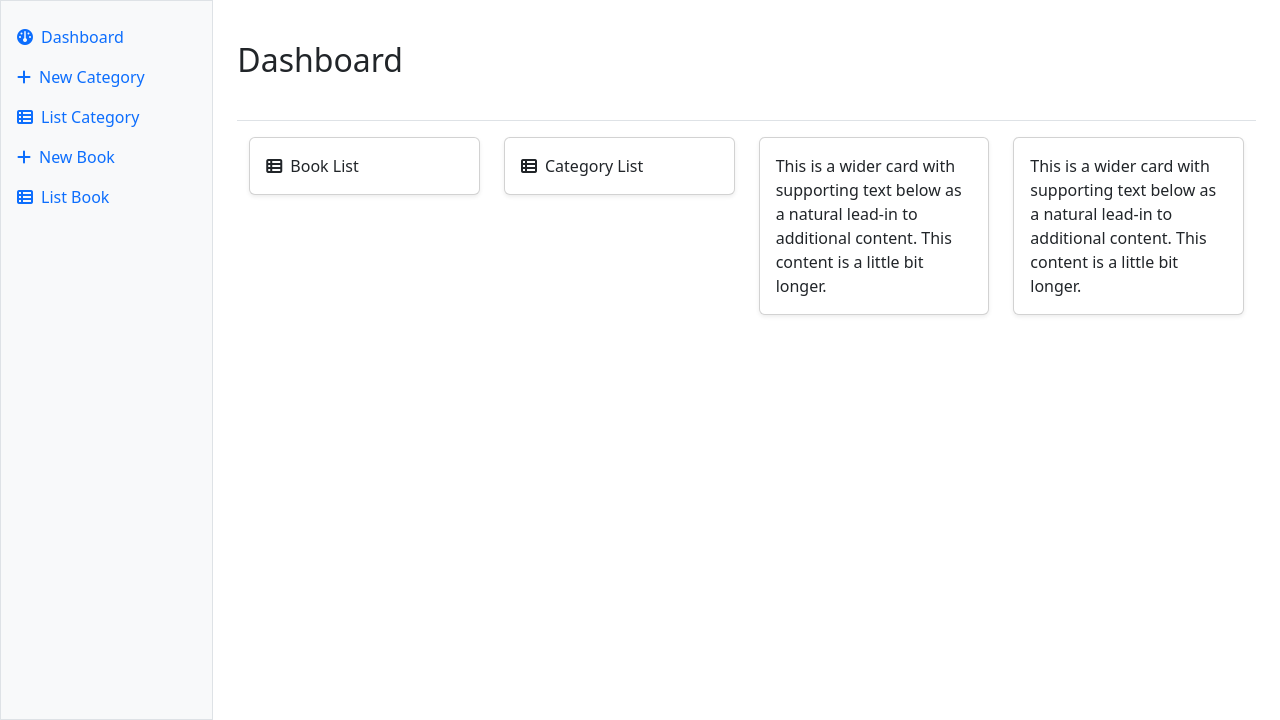
Repository: nyeinsu4520/coursera-test
Page: http://localhost/viewDashboard
The author's editor kept a copy of each file at every save. The page is drawn from the files as they stood at one save, then again after the next save.
The browser window is 1280 px wide. The pictures show the whole page.
The page is this project's Thymeleaf template; nobody is signed in. The template is opened directly, without the code that normally fills it, so the values that code supplies are empty.

Above is the page before, as saved 2024-05-30 16:38:11.

### KetabHome/src/main/resources/templates/viewDashboard.html
<!DOCTYPE html>
<html xmlns:th="http://www.thymeleaf.org">
<head>
<meta charset="UTF-8">
<title>View Members</title>
<link rel="stylesheet" href="https://cdn.jsdelivr.net/npm/bootstrap@5.3.3/dist/css/bootstrap.min.css">
<link href="https://cdn.jsdelivr.net/npm/bootstrap-icons@1.10.5/font/bootstrap-icons.min.css" rel="stylesheet">
<link href="https://cdnjs.cloudflare.com/ajax/libs/font-awesome/6.5.2/css/all.min.css" rel="stylesheet">

<style>
    .sidebar {
        height: 100vh; /* Make the sidebar full height */
        position: fixed; /* Fix the sidebar to the left side */
        top: 0;
        left: 0;
    }
    .main-content {
        margin-left: 250px; /* Adjust this value based on the width of your sidebar */
    }
</style>


</head>
<body>

<div class="container-fluid">
    <div class="row">
        <div class="sidebar border border-right col-md-3 col-lg-2 p-0 bg-body-tertiary">
            <div class="offcanvas-md offcanvas-end bg-body-tertiary" tabindex="-1" id="sidebarMenu" aria-labelledby="sidebarMenuLabel">
                <div class="offcanvas-header">
                    <h5 class="offcanvas-title" id="sidebarMenuLabel">KetabHome Admin</h5>
                    <button type="button" class="btn-close" data-bs-dismiss="offcanvas" aria-label="Close"></button>
                </div>
                <div class="offcanvas-body d-md-flex flex-column p-0 pt-lg-3 overflow-y-auto">
                    <ul class="nav flex-column">
                        <li class="nav-item">
                            <a class="nav-link d-flex align-items-center gap-2 active" aria-current="page" href="#">
                            <i class="fa-solid fa-gauge"></i>
                                Dashboard
                            </a>
                        </li>
                        <li class="nav-item">
                            <a class="nav-link d-flex align-items-center gap-2" href="#">
                            <i class="fa-solid fa-plus"></i>
                                New Category
                            </a>
                        </li>
                        <li class="nav-item">
                            <a class="nav-link d-flex align-items-center gap-2" href="#">
                            <i class="fa-solid fa-table-list"></i>
                                List Category
                            </a>
                        </li>
                        <li class="nav-item">
                            <a class="nav-link d-flex align-items-center gap-2" href="#">
                            <i class="fa-solid fa-plus"></i>
                                New Book
                            </a>
                        </li>
                        <li class="nav-item">
                            <a class="nav-link d-flex align-items-center gap-2" href="#">
                            <i class="fa-solid fa-table-list"></i>
                                List Book
                            </a>
                        </li>
                    </ul>
                </div>
            </div>
        </div>


        <main class="col-md-9 ms-sm-auto col-lg-10 px-md-4">
      <div class="d-flex justify-content-between flex-wrap flex-md-nowrap align-items-center pt-3 pb-2 mb-3 border-bottom">
        <h1 class="h2">Dashboard</h1>
        <div class="btn-toolbar mb-2 mb-md-0">
          <div class="album py-5 bg-body-tertiary">
          </div>
           </div>
           </div>
    <div class="container">
      <div class="row row-cols-1 row-cols-sm-2 row-cols-md-3 row-cols-md-4 g-4">
        <div class="col">
          <div class="card shadow-sm">

            <div class="card-body">
               <a class="nav-link d-flex align-items-center gap-2" href="#">
                  <i class="fa-solid fa-table-list"></i>
                  Book List
               </a>
            </div>
          </div>
        </div>
         <div class="col">
          <div class="card shadow-sm">

            <div class="card-body">
                                         <a class="nav-link d-flex align-items-center gap-2" href="#">
                            <i class="fa-solid fa-table-list"></i>
                                Category List
                            </a>
            </div>
          </div>
        </div>

        <div class="col">
          <div class="card shadow-sm">

            <div class="card-body">
              <p class="card-text">This is a wider card with supporting text below as a natural lead-in to additional content. This content is a little bit longer.</p>

            </div>
          </div>
        </div>
         <div class="col">
          <div class="card shadow-sm">

            <div class="card-body">
              <p class="card-text">This is a wider card with supporting text below as a natural lead-in to additional content. This content is a little bit longer.</p>

            </div>
          </div>
        </div>

    </div>
  </div>


      </main>


    </div>
</div>



<script src="https://cdn.jsdelivr.net/npm/bootstrap@5.3.3/dist/js/bootstrap.bundle.min.js"></script>
</body>
</html>

After the next save:
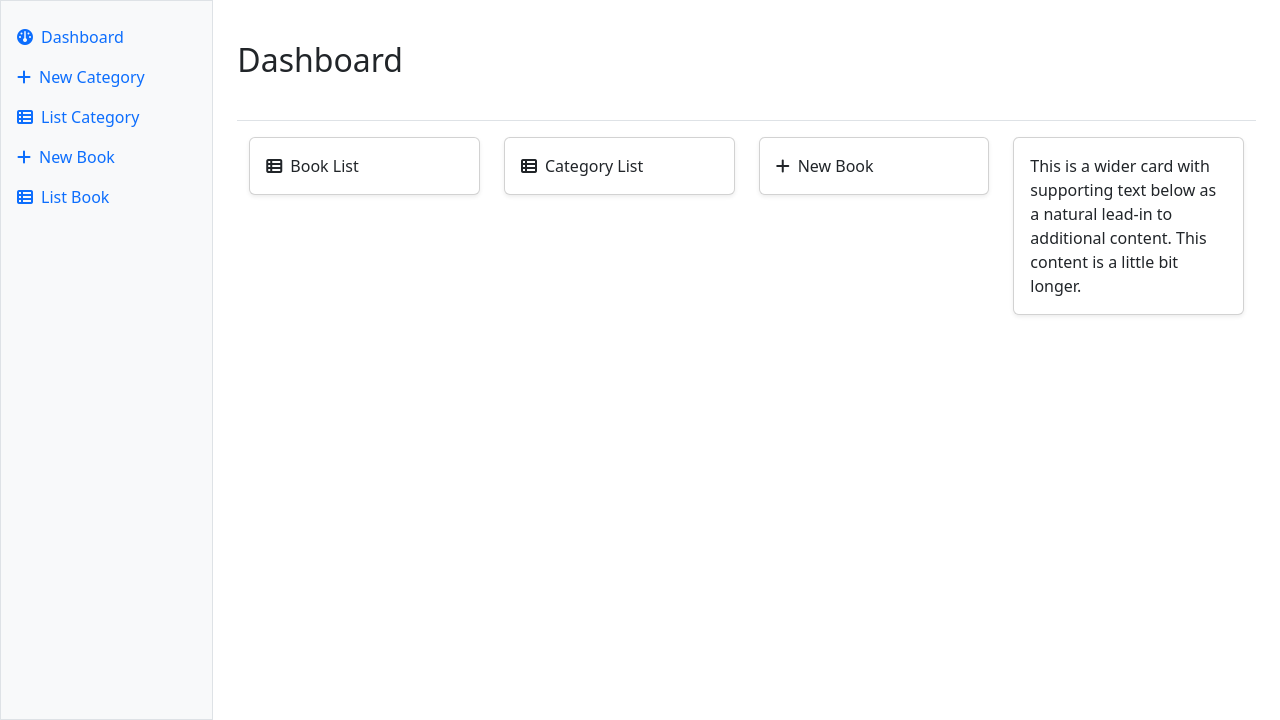
Saved 24 s later.
--- a/KetabHome/src/main/resources/templates/viewDashboard.html
+++ b/KetabHome/src/main/resources/templates/viewDashboard.html
@@ -106,8 +106,10 @@
           <div class="card shadow-sm">
 
             <div class="card-body">
-              <p class="card-text">This is a wider card with supporting text below as a natural lead-in to additional content. This content is a little bit longer.</p>
-
+          <a class="nav-link d-flex align-items-center gap-2" href="#">
+                            <i class="fa-solid fa-plus"></i>
+                                New Book
+                            </a>
             </div>
           </div>
         </div>
